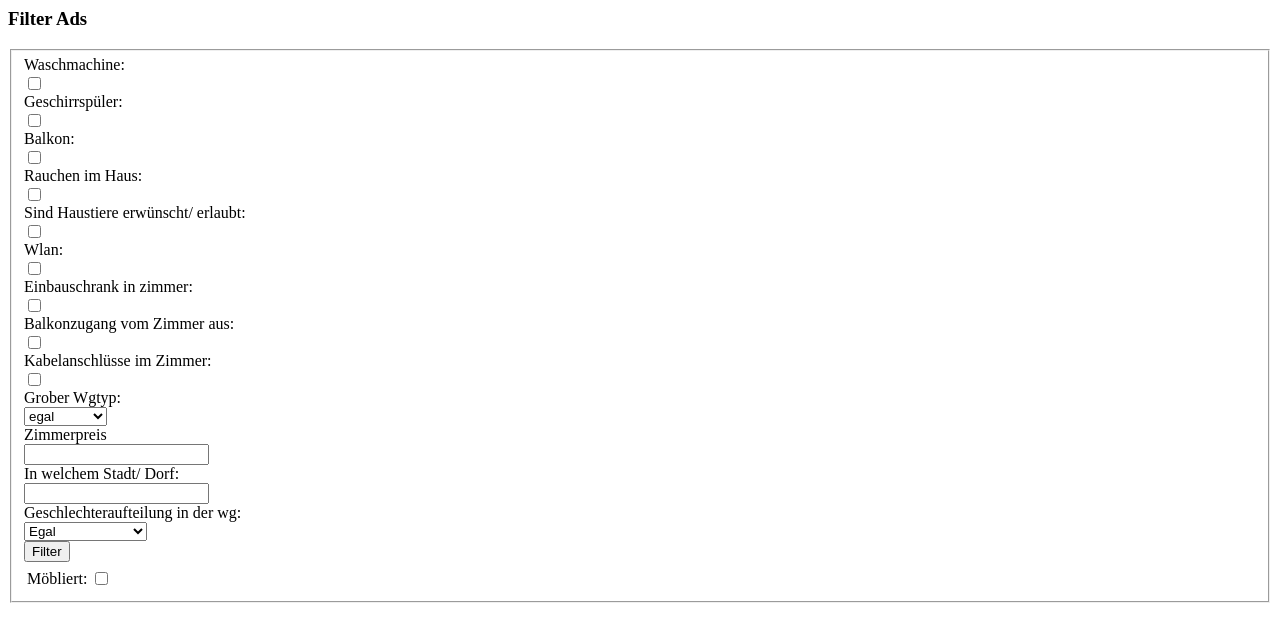
Repository: ese-unibe-ch/ese2014-team2
Page: http://localhost/Skeleton/pages/template/filter.jsp
An editor plug-in stored every save of this project. The page is shown before and after the next save, followed by the edit.
The browser window is 1280 px wide. The pictures show the whole page.
The page is served by Tomcat 9. Nobody is signed in. The application's start-up code is not run. Other server files are loaded and not shown. The template is opened directly, without the code that normally fills it, so the values that code supplies are empty.

Above is the page before, as saved 2014-10-30 16:35:20.

### Skeleton/src/main/webapp/pages/template/filter.jsp
<%@ page language="java" pageEncoding="UTF-8" contentType="text/html;charset=utf-8" %>
<%@ taglib prefix="c" uri="http://java.sun.com/jsp/jstl/core" %>
<%@ taglib prefix="form" uri="http://www.springframework.org/tags/form" %>
<%@ taglib prefix="spring" uri="http://www.springframework.org/tags" %>

<div class="main">
	<div class="col-sm-12">
    	<div class="panel panel-default">
        	<div class="panel-heading">
            	<h3 class="panel-title">Filter Ads</h3>
            </div>
            <div class="panel-body">
              <form:form method="post" modelAttribute="filterForm" action="filterAds" id="filterForm" cssClass="form-horizontal" autocomplete="off" enctype="multipart/form-data">
		<fieldset>
			<table>
				<tr>
					<td></td>
					<td></td>
				</tr>

				<tr>
					<td>
						<label class="control-label" for="field-furnished">Möbliert:</label>
					</td>
					<td><div class="controls">
							<form:checkbox	path="furnished" id="field-furnished" tabindex="1" />
						</div>
					</td>
				</tr>





						<label class="control-label" for="field-Laundry">Waschmachine:</label>
						<div class="controls">
						<form:checkbox	path="hasLaundry" id="field-Laundry" tabindex="2" />
						</div>


						<label class="control-label" for="field-Dishwasher">Geschirrspüler:</label>
						<div class="controls">
						<form:checkbox	path="hasDishwasher" id="field-Dishwasher" tabindex="3" />
						</div>


						<label class="control-label" for="field-Balcony">Balkon:</label>
						<div class="controls">
						<form:checkbox	path="hasBalcony" id="field-Balcony" tabindex="4" />
						</div>




						<label class="control-label" for="field-smokingInside">Rauchen im Haus:</label>
						<div class="controls">
						<form:checkbox	path="smokingInside" id="field-smokingInside" tabindex="5" />
						</div>

						<label class="control-label" for="field-pets">Sind Haustiere erwünscht/ erlaubt:</label>
						<div class="controls">
						<form:checkbox	path="hasPets" id="field-pets" tabindex="6" />
						</div>


						<label class="control-label" for="field-wlan">Wlan:</label>
						<div class="controls">
						<form:checkbox	path="wlan" id="field-wlan" tabindex="7" />
						</div>


						<label class="control-label" for="field-closet">Einbauschrank in zimmer:</label>
						<div class="controls">
						<form:checkbox	path="hasBuiltInCloset" id="field-closet" tabindex="8" />
						</div>


					 </div>

					 <div class="controls-right">
						<label class="control-label" for="field-isToBalcony">Balkonzugang vom Zimmer aus:</label>
						<div class="controls">
						<form:checkbox	path="toBalcony" id="field-isToBalcony" tabindex="9" />
						</div>


						<label class="control-label" for="field-Cables">Kabelanschlüsse im Zimmer:</label>
						<div class="controls">
						<form:checkbox	path="hasCables" id="field-Cables" tabindex="10" />
						</div>


						<label class="control-label" for="field-wgType">Grober Wgtyp:</label>
						<div class="controls">
							<form:select path="wgType" id="field-wgType"
								tabindex="7">
								<option value="undef">egal</option>
								<option value="wild">eher wild</option>
								<option value="calm">eher ruhig</option>


							</form:select>
						</div>


						<label class="control-label" for="field-roomPrice">Zimmerpreis</label>
						<div class="controls">
						<form:input path="roomPrice" id="field-roomPrice" tabindex="11"
					maxlength="10" />
					 	</div>



						<label class="control-label" for="field-city">In welchem Stadt/ Dorf:</label>
						<div class="controls">
						<form:input path="city" id="field-city" tabindex="12"
					maxlength="10" />
						</div>

						<label class="control-label" for="field-wgGender">Geschlechteraufteilung in der wg: </label>

						<div class="controls">
							<form:select path="wgGender" id="field-wgGender"
								tabindex="13">
								<option value="dontcare"> Egal</option>
								<option value="female">Reine Frauenwg</option>
								<option value="male">Reine Männerwg</option>


							</form:select>
						</div>
					 		<button type="submit" class="btnpink">Filter</button>
						</div>
			</table>
		</fieldset>
		</form:form>
            </div>
          </div>





</div>

After the next save:
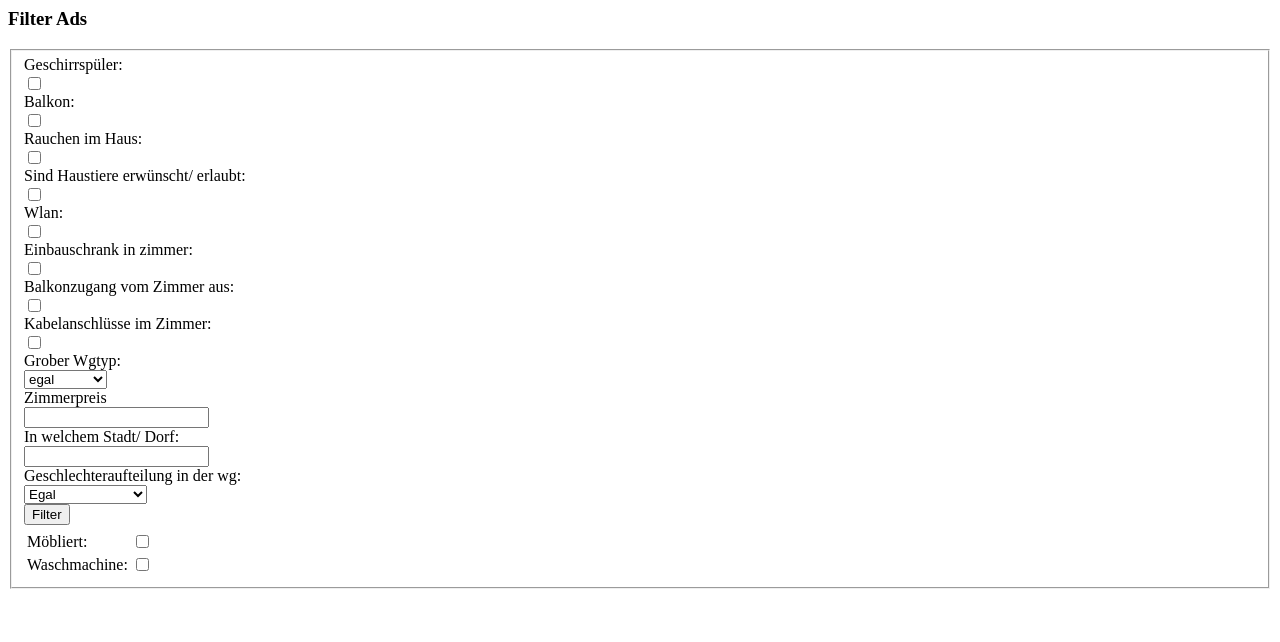
Saved 29 s later.
--- a/Skeleton/src/main/webapp/pages/template/filter.jsp
+++ b/Skeleton/src/main/webapp/pages/template/filter.jsp
@@ -28,14 +28,21 @@
 					</td>
 				</tr>
 
+				<tr>
+					<td>
+						<label class="control-label" for="field-Laundry">Waschmachine:</label>
+					</td>
+					<td>
+						<div class="controls">
+							<form:checkbox	path="hasLaundry" id="field-Laundry" tabindex="2" />
+						</div>
+					</td>
+				</tr>
 
 
 
 
-						<label class="control-label" for="field-Laundry">Waschmachine:</label>
-						<div class="controls">
-						<form:checkbox	path="hasLaundry" id="field-Laundry" tabindex="2" />
-						</div>
+
 
 
 						<label class="control-label" for="field-Dishwasher">Geschirrspüler:</label>
